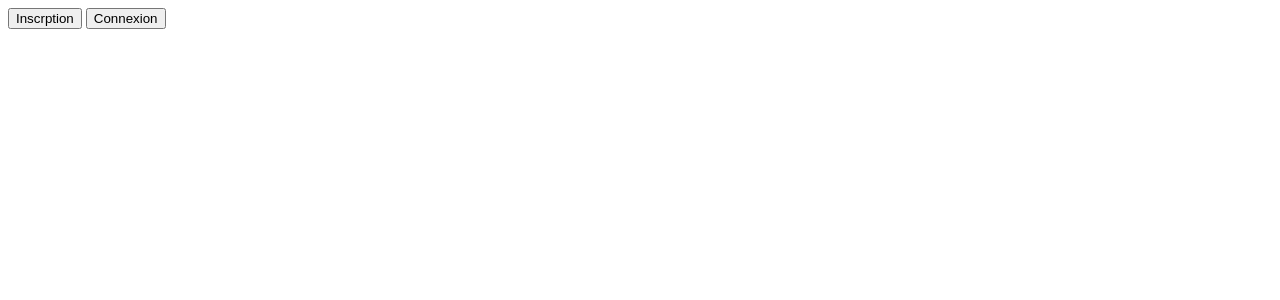
Repository: AntoAnt/WikiScolaire-
Page: InterfaceWikiScolair/WebContent/Index.html
The author's editor kept a copy of each file at every save. The page is drawn from the files as they stood at one save, then again after the next save.
The browser window is 1280 px wide. The pictures show the whole page.

Above is the page before, as saved 2017-04-04 13:30:57.

### InterfaceWikiScolair/WebContent/Index.html
<!DOCTYPE html>
<html>
<head>
<meta charset="ISO-8859-1">
<title>Accueil WikiScolaire</title>
</head>
<body>
<input type="submit" value="Inscrption" href="inscrption.jsp" >
<input type="submit" value="Connexion" href="Connexion.jsp" >
</body>
</html>

After the next save:
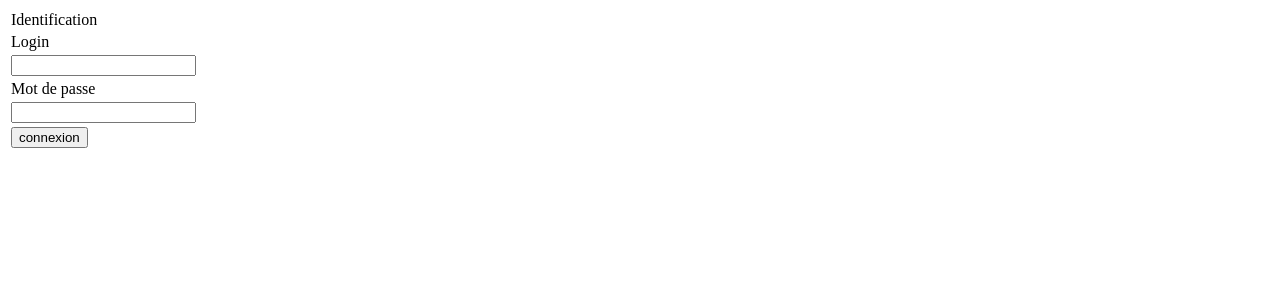
Saved 44 min 30 s later.
--- a/InterfaceWikiScolair/WebContent/Index.html
+++ b/InterfaceWikiScolair/WebContent/Index.html
@@ -1,11 +1,20 @@
 <!DOCTYPE html>
 <html>
 <head>
-<meta charset="ISO-8859-1">
-<title>Accueil WikiScolaire</title>
+<meta charset="UTF-8">
+<title>Formulaire User</title>
 </head>
 <body>
-<input type="submit" value="Inscrption" href="inscrption.jsp" >
-<input type="submit" value="Connexion" href="Connexion.jsp" >
+	<form method="post" action="/ControleurPrincipal?idaction=authentification">
+		<table>
+			<td>Identification</td>
+			<tr><td>Login</td></tr>
+			<tr><td><input type="text" name="CHAMP_login"/><br></td></tr>
+			<td>Mot de passe</td>
+			<tr><td><input type="password" name="CHAMP_mdp"/><br></td></tr>
+			<tr><td><input type="submit" name="bouton" value="connexion" /></tr></td>
+		</table>
+
+	</form>
 </body>
 </html>
